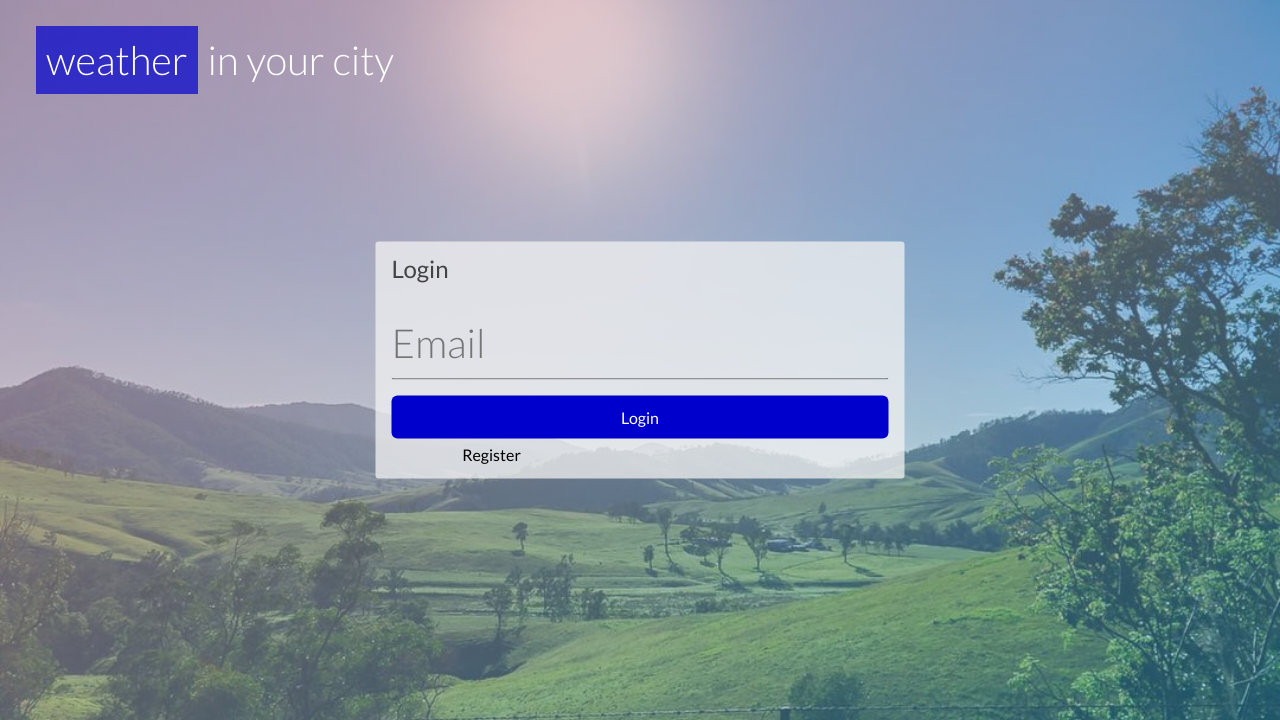
Repository: nosplashurinal/weather-app
Page: /, after clicking the first element matching `button.next`
These files come from the project's save history. The page is drawn as it stood at one moment and after the next save; the edit follows.
The browser window is 1280 px wide. The pictures show the whole page.
The project was rebuilt for these pictures with package versions that can differ from the ones it lists, and the page was loaded fresh each time. Also part of the build but not shown: src/components/RecentSearches.vue, src/components/Search.vue, src/components/WeatherDataBlock.vue.

Above is the page before, as saved 2018-12-31 18:10:32.

### public/index.html
<!DOCTYPE html>
<html lang="en">

<head>
	<meta charset="utf-8">
	<meta http-equiv="X-UA-Compatible" content="IE=edge">
	<meta name="viewport" content="width=device-width,initial-scale=1.0">
	<link rel="icon" href="<%= BASE_URL %>favicon.ico">
	<link href="https://fonts.googleapis.com/css?family=Lato:300,400" rel="stylesheet">
	<title>weather-app</title>
</head>

<body>
	<noscript>
		<strong>We're sorry but weather-app doesn't work properly without JavaScript enabled. Please enable it to continue.</strong>
	</noscript>
	<div id="app"></div>
	<!-- built files will be auto injected -->
</body>

</html>

### src/App.vue
<template>
  <div class="root-container">
    <div class="bg" v-bind:style="{backgroundImage: `url(${bg})`}"></div>
    <div class="overlay"></div>
    <div class="title">
      <span>weather</span>
      <span>in your city</span>
    </div>
    <Login v-bind:isLoginError="isLoginError" v-if="!loginSuccess && !showRegistration" v-on:on-login="attemptLogin" v-on:open-registration="showRegistration = true" />
    <Registration v-if="showRegistration" v-on:on-success="showRegistration = false" />
    <div v-if="loginSuccess" class="search-container" v-bind:class="{resultActive: showResults}">
      <Search
        v-bind:message="message"
        v-bind:showLoading="isLoadingResults"
        v-bind:isError="isError"
        v-on:on-key-press="onClickSearch"
        v-on:on-change="onInputChange"
      />
      <transition name="ease">
        <div class="results-container" v-if="showResults">
          <WeatherDataBlock v-bind:weatherData="weatherData"/>
        </div>
      </transition>
    </div>
  </div>
</template>

<script>
import Search from "./components/Search.vue";
import WeatherDataBlock from "./components/WeatherDataBlock.vue";
import Login from "./components/Login.vue";
import Registration from "./components/Registration.vue";
import axios from "axios";

export default {
  name: "app",
  components: {
    Search,
    WeatherDataBlock,
    Login,
    Registration
  },
  data() {
    return {
      currentQueryValue: null,
      results: [],
      showResults: false,
      address: null,
      isError: false,
      message: null,
      searchQuery: null,
      isLoadingResults: false,
      units: "metric",
      weatherData: undefined,
      bg: "/images/bg.jpg",
      weatherBg: null,
      screenWidth: window.innerWidth,
      screenHeight: window.innerHeight,
      showRegistration: false,
      loginSuccess: false,
      isLoginError: false
    };
  },
  created: function() {
    if (!JSON.parse(window.localStorage.getItem("user"))) {
      this.showRegistration = true;
    }
  },
  mounted: function() {
    if (JSON.parse(window.localStorage.getItem("searches"))) {
      this.validateRecentSearches();
    }
  },
  watch: {
    async searchQuery(newQuery) {
      let storedWeatherData;
      this.showResults = false;

      // Check if anything is saved in localStorage
      if (window.localStorage.getItem("searches")) {
        // Now, check if the current query matches anything in localStorage
        storedWeatherData = this.getFromLocalStorage(newQuery);
      } else {
        // Create an empty object in localStorage
        window.localStorage.setItem("searches", null);
      }
      if (storedWeatherData) {
        this.isLoadingResults = true;
        // Translate localStorage data into the format needed to display the data
        setTimeout(
          () =>
            (this.weatherData = this.parseStoredWeatherData(
              storedWeatherData.result
            )),
          0.0001
        );
      } else {
        this.isLoadingResults = true;
        try {
          let weatherData = await this.fetchWeatherDataForCity(
            this.searchQuery
          );
          const formattedData = this.parseApiResponse(newQuery, weatherData);
          this.pushDataToLocalStorage(formattedData);
          this.weatherData = formattedData.result;
        } catch {
          this.isLoadingResults = false;
          this.isError = true;
        }
      }
    },
    weatherData() {
      this.isLoadingResults = false;
      this.showResults = true;
      this.changeBackgroundImage();
    }
  },
  methods: {
    async validateRecentSearches() {
      let storedData = window.localStorage.getItem("searches");
      let storedDataObject = JSON.parse(storedData);
      let promiseArray = [];
      let newDataObject = [];
      storedDataObject.forEach(({ result }) => {
        promiseArray.push(this.fetchWeatherDataForCity(result.name));
      });
      let responseArray = await Promise.all(promiseArray);
      responseArray.forEach((data, index) => {
        const formattedData = this.parseApiResponse(
          storedDataObject[index].query,
          data
        );
        newDataObject.push(formattedData);
      });
      window.localStorage.setItem("searches", JSON.stringify(newDataObject));
    },
    timeDifferenceBetwenNowAndDate(d) {
      const date = new Date(d * 1000);
      const now = new Date();
      return (now.getTime() - date.getTime()) / (1000 * 60);
    },
    attemptLogin(e) {
      const user = window.localStorage.getItem("user");
      if (user === e) {
        this.loginSuccess = true;
      } else {
        this.isLoginError = true;
      }
    },
    onInputChange() {
      if (this.isError) this.isError = false;
    },
    pushDataToLocalStorage(newDataItem) {
      let storedData = window.localStorage.getItem("searches");
      let storedDataObject = JSON.parse(storedData);
      let newDataObject = [];
      if (storedDataObject) {
        newDataObject = [...storedDataObject, newDataItem];
      } else {
        newDataObject.push(newDataItem);
      }
      window.localStorage.setItem("searches", JSON.stringify(newDataObject));
    },
    parseApiResponse(query, data) {
      return {
        query,
        result: {
          id: data.sys.id,
          temp: data.main.temp,
          name: data.name,
          country: data.sys.country,
          icon: data.weather[0].icon,
          description: data.weather[0].description,
          date: data.dt,
          humidity: data.wind.speed,
          wind: data.main.humidity
        }
      };
    },
    parseStoredWeatherData(data) {
      return {
        name: data.name,
        country: data.country,
        humidity: data.humidity,
        temp: data.temp,
        wind: data.wind,
        icon: data.icon,
        description: data.description,
        date: data.date
      };
    },
    getFromLocalStorage(i) {
      const localStorage = window.localStorage;
      const searchObject = JSON.parse(localStorage.getItem("searches"));
      if (searchObject) {
        return searchObject.find(item => item.query === i);
      } else {
        return null;
      }
    },
    onClickSearch(e) {
      this.searchQuery = e;
    },
    fetchWeatherDataForCity(city) {
      return new Promise((resolve, reject) => {
        axios
          .get(
            `http://api.openweathermap.org/data/2.5/weather?q=${city}&APPID=7c519880689160b16f5d233f16f2868d${
              this.units === "metric" ? "&units=metric" : ""
            }`
          )
          .then(response => {
            if (response.status === 404) {
              reject(response.err);
            } else {
              resolve(response.data);
            }
          })
          .catch(() => {
            this.isError = true;
            this.isLoadingResults = false;
            return;
          });
      });
    },
    changeBackgroundImage() {
      var newImg = new Image();
      newImg.onload = () => (this.bg = newImg.src);
      newImg.src = `https://loremflickr.com/1920/1080/${
        this.weatherData.description
      }`;
    }
  }
};
</script>

<style lang="scss" src="@/styles/app.scss">
</style>

### src/styles/app.scss
@import "./global.scss";
@import "./constants.scss";

.root-container {
  width: 100%;
  height: auto;
  overflow-y: scroll;
  overflow-x: hidden;
  font-size: 16px;
}
.bg {
  position: absolute;
  background-repeat: no-repeat;
  background-size: cover;
  background-position: center;
  -webkit-transition: background-image 500ms ease-in-out;
  transition: background-image 500ms ease-in-out;
  width: 100%;
  height: 100%;
}
.overlay {
  position: absolute;
  width: 100%;
  height: 100%;
  background-image: linear-gradient(
    to bottom right,
    rgba(230, 154, 154, 0.65),
    rgba(44, 181, 232, 0.4)
  );
}
.title {
  position: absolute;
  top: 36px;
  left: 36px;
  width: auto;
  height: auto;
  text-align: center;
  font-size: 2.5em;
  color: #fff;
  font-family: $font-primary;
  font-weight: 100;
  > span {
    padding: 0.25em;
    &:nth-child(1) {
      background-color: rgba($blue, 0.7);
    }
  }
}
.search-container {
  position: absolute;
  top: 50%;
  transform: translate(-50%, -50%);
  left: 50%;
  .results-container {
    margin-top: 4em;
    z-index: 9;
  }
}
.ease-enter-active,
.ease-leave-active {
  transition: all 900ms cubic-bezier(0, 0.57, 0.01, 0.97);
}
.ease-enter, .ease-leave-to /* .fade-leave-active below version 2.1.8 */ {
  opacity: 0;
  transform: scale(0.9) translate(0, 50px);
}
.slide-enter-active, .slide-leave-active {
  transition: opacity 350ms ease-in-out;
}
.slide-enter /* .fade-leave-active below version 2.1.8 */ {
  opacity: 0;
}

### src/styles/global.scss
html, body {
	position: relative;
	width: 100%;
	height: 100%;
}

body {
	color: #333;
	margin: 0;
	padding: 0;
	box-sizing: border-box;
	font-family: -apple-system, BlinkMacSystemFont, "Segoe UI", Roboto, Oxygen-Sans, Ubuntu, Cantarell, "Helvetica Neue", sans-serif;
}

a {
	color: rgb(0,100,200);
	text-decoration: none;
}

a:hover {
	text-decoration: underline;
}

a:visited {
	color: rgb(0,80,160);
}

label {
	display: block;
}

input, button, select, textarea {
	font-family: inherit;
	font-size: inherit;
	padding: 0.4em;
	margin: 0 0 0.5em 0;
	box-sizing: border-box;
	border: 1px solid #ccc;
	border-radius: 2px;
}

input:disabled {
	color: #ccc;
}

button {
	background-color: #f4f4f4;
	outline: none;
}

button:active {
	background-color: #ddd;
}

button:focus {
	border-color: #666;
}

p {
	margin: 0;
	padding: 0;
}

ul {
	list-style: none;
}
input:focus {
	outline: 0;
}
button {
	border: 0;
}

### src/styles/constants.scss
$blue: rgb(0, 0, 205);
$font-primary: "Lato", sans-serif;

### src/components/Login.vue
<template>
  <div class="login">
    <p>Login</p>
    <div class="login-container">
      <input
        ref="loginInput"
        autocomplete="off"
        type="email"
        name="email"
        class="email"
        id="email"
        placeholder="Email"
        v-on:keypress="onKeyPress"
      >
      <small
        v-if="isLoginError"
        class="error-message"
      >Oops, we could not find you. Try again or register.</small>
      <button type="button" v-on:click="onClickLogin" class="login-button">Login</button>
    </div>
    <button v-on:click="openRegistration" class="register-button">Register</button>
  </div>
</template>
<script>
export default {
  name: "Login",
  props: {
    isLoginError: Boolean
  },
  methods: {
    onKeyPress(e) {
      if (e.key === "Enter") this.$emit("on-login", e.target.value);
    },
    onClickLogin() {
      this.$emit("on-login", this.$refs.loginInput);
    },
    openRegistration() {
      this.$emit("on-registration");
    }
  }
};
</script>
<style lang="scss" src="@/styles/login.scss">
</style>

### src/components/Registration.vue
<template>
  <div class="registration">
    <p>Please take a few moments to register.</p>
    <div class="fields-container">
      <input
        placeholder="Enter your Email"
        autofocus
        autocomplete="off"
        type="email"
        name="email"
        class="email"
        id="email"
        v-model="email"
      >
      <input
        placeholder="Enter your Name"
        autofocus
        autocomplete="off"
        type="text"
        name="name"
        class="name"
        id="name"
        v-model="name"
      >
      <input
        placeholder="Mobile"
        autofocus
        autocomplete="off"
        type="phone"
        name="mobile"
        class="mobile"
        id="mobile"
        v-model="mobile"
      >
      <input
        placeholder="Where are you located?"
        autofocus
        autocomplete="off"
        type="text"
        name="location"
        class="location"
        id="location"
        v-model="location"
      >
    </div>
    <button type="button" class="next" v-on:click="onRegister">Next</button>
  </div>
</template>
<script>
export default {
  name: "Registration",
  data() {
    return {
      email: null,
      name: null,
      mobile: null,
      location: null
    };
  },
  methods: {
    onRegister() {
      const { email, name, mobile, location } = this;
      const userObject = {
        email,
        name,
        mobile,
        location
      };
      window.localStorage.setItem("user", JSON.stringify(userObject));
      this.$emit("on-success");
    }
  }
};
</script>
<style lang="scss" src="@/styles/registration.scss">
</style>

### src/styles/login.scss
@import "./constants.scss";

.login {
  position: absolute;
  top: 50%;
  transform: translate(-50%, -50%);
  left: 50%;
  background: rgba(#f2f2f2, 0.75);
  border-radius: 3px;
  font-family: "Lato", sans-serif;
  padding: 0 1em;
  p {
    color: #434343;
    position: relative;
    font-size: 1.5em;
    padding: 0.5em 0;
    margin-bottom: 0.5em;
    flex: none;
    width: 100%;
  }
  .login-container {
    display: flex;
    position: relative;
    flex-wrap: wrap;
    input {
      color: #434343;
      background: transparent;
      border: 0;
      display: block;
      border-bottom: 1px solid #434343;
      font-size: 2.5em;
      font-weight: 300;
      margin: 0;
      flex: 0 1 100%;
      height: auto;
      padding: 0;
      padding: 0.3em 0;
      position: relative;
      flex-wrap: wrap;
      &:focus {
        background: transparent;
        border: 0;
        border-bottom: 1px solid #434343;
        outline: none;
        box-shadow: none;
      }
      ::-webkit-input-placeholder {
        /* Chrome/Opera/Safari */
        color: #434343;
      }
      ::-moz-placeholder {
        /* Firefox 19+ */
        color: #434343;
      }
    }
    .login-button {
      background: $blue;
      color: #fff;
      text-align: center;
      border-radius: 6px;
      cursor: pointer;
      flex: 0 1 100%;
      width: auto;
      height: auto;
      padding: 0.75em;
      display: block;
      margin: 0;
      margin-top: 1em;
    }
    .error-message {
      position: relative;
      flex: 0 0 100%;
      color: #cc0000;
      margin-top: 0.5em;
      bottom: 0;
    }
  }
  .register-button {
    width: 200px;
    height: auto;
    background: none;
    cursor: pointer;
    &:hover {
      text-decoration: underline;
    }
  }
  .fade-enter-active,
  .fade-leave-active {
    transition: opacity 350ms ease-in-out;
  }
  .fade-enter, .fade-leave-to /* .fade-leave-active below version 2.1.8 */ {
    opacity: 0;
  }
}

### src/styles/registration.scss
@import "./constants.scss";

.registration {
  position: absolute;
  top: 50%;
  transform: translate(-50%, -50%);
  left: 50%;
  background: rgba(#f2f2f2, 0.75);
  border-radius: 3px;
  font-family: "Lato", sans-serif;
  padding: 0 1em;
  p {
    color: #434343;
    position: relative;
    font-size: 1.5em;
    padding: 0.5em 0;
    margin-bottom: 0.5em;
  }
  .fields-container {
    position: relative;
    padding: 0 1.25em;
    ::-webkit-input-placeholder { /* Chrome/Opera/Safari */
      color: #434343;
    }
    ::-moz-placeholder { /* Firefox 19+ */
      color: #434343;
    }
    input {
      color: #434343;
      background: transparent;
      border: 0;
      display: block;
      border-bottom: 1px solid #434343;
      font-size: 1.5em;
      font-weight: 300;
      margin: 0;
      width: 100%;
      height: auto;
      padding: 0;
      padding: 0.3em 0;
      margin-bottom: 1em;
      &::focus {
        background: transparent;
        border: 0;
        border-bottom: 1px solid #434343;
        outline: none;
        box-shadow: none;
      }
    }
  }
  .next {
    background: $blue;
    color: #fff;
    padding: 0.75em;
    margin-right: 1em;
    border-radius: 6px;
    cursor: pointer;
    float: right;
  }
}

Loaded but not shown: src/main.js (common file)

After the next save:
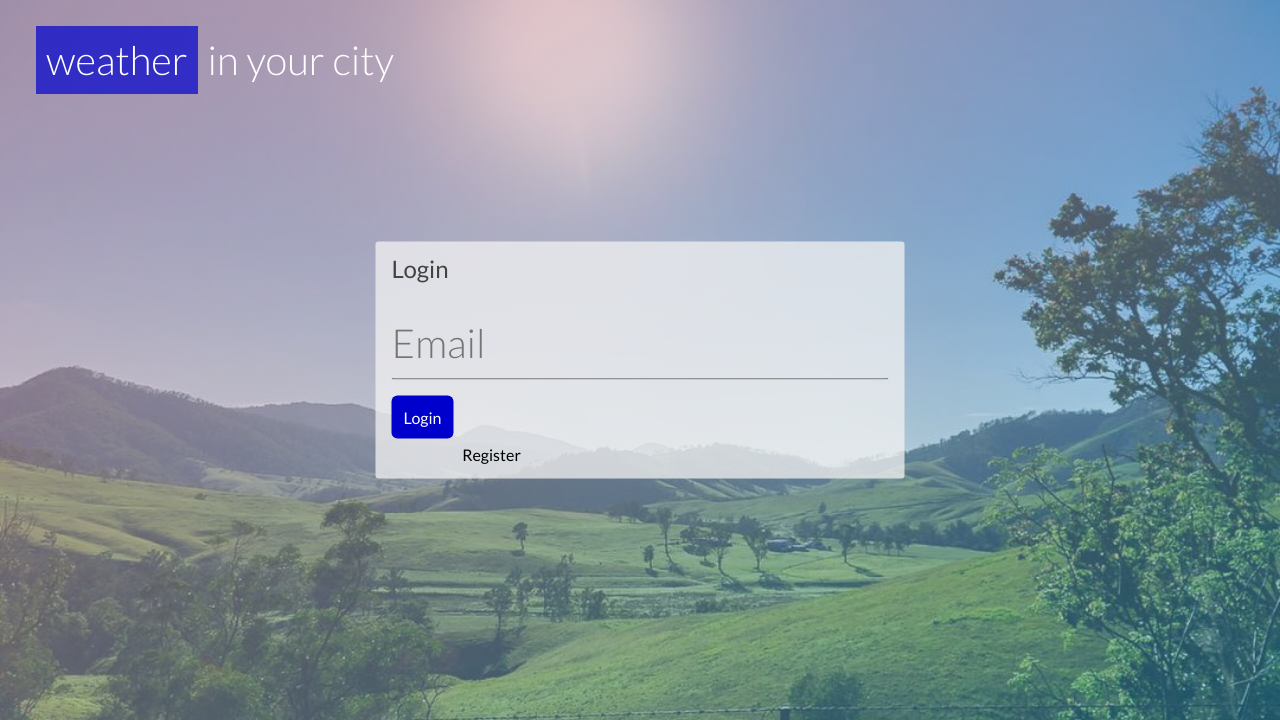
Saved 13 s later.
--- a/src/styles/login.scss
+++ b/src/styles/login.scss
@@ -59,7 +59,7 @@
       text-align: center;
       border-radius: 6px;
       cursor: pointer;
-      flex: 0 1 100%;
+      flex: none;
       width: auto;
       height: auto;
       padding: 0.75em;
